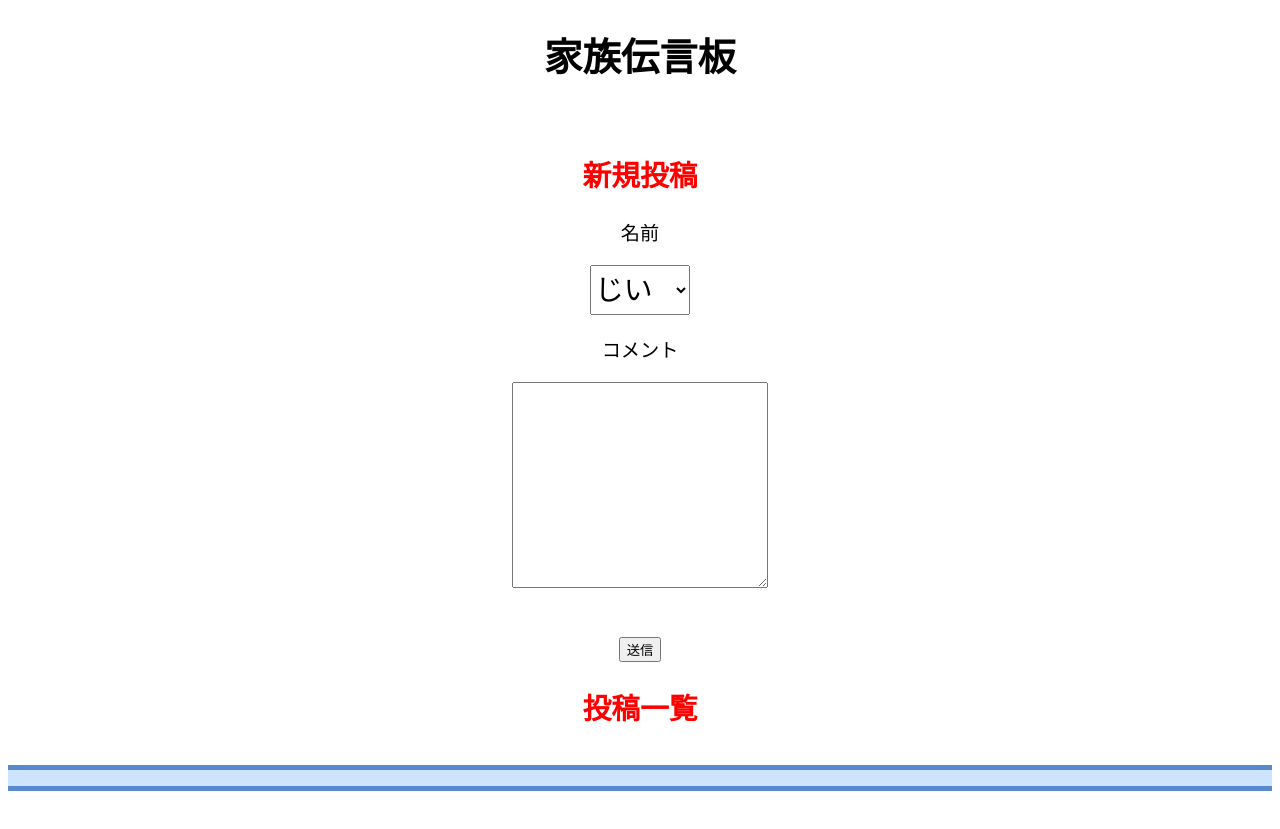
Repository: kakutoshi/test
Page: http://localhost/
The author's editor kept a copy of each file at every save. The page is drawn from the files as they stood at one save, then again after the next save.
The browser window is 1280 px wide. The pictures show the whole page.
The page is run by PHP 8.4 with error messages shown; the project is at /var/www/html/. Queries for data that is not in the repository find no rows.

Above is the page before, as saved 2022-04-19 01:17:29.

### it06/htdocs/BBS/index.php
<!DOCTYPE html>
<html lang="ja">
<head>
<meta charset="utf-8">
<meta name="viewport" content="width=device-width,initial-scale=1.0">

<title>掲示板</title>

	<link rel="stylesheet" href="css/common.css">



</head>
<body>

<h1>家族伝言板</h1>
<br>




<h2>新規投稿</h2>

	<form action="index.php" method="post">
		<p>名前</p>
		<select name="a">
		<option class=opsize value="じい">じい</option>
		<option class=opsize value="ばあ">ばあ</option>
		<option class=opsize value="パパ">パパ</option>
		<option class=opsize value="ママ">ママ</option>
		<option class=opsize value="ベイビー">ベイビー</option>
</select>

		<p>コメント</p>
		<textarea class=txsize name="b"></textarea>
				<br>
		<br>
		<br>
		<input type="submit" value="送信">



	</form>



<h2>投稿一覧</h2>
<div class = "box">
<?php


if (! empty($_POST["a"]) && ! empty($_POST["b"])) {
    $a = htmlspecialchars($_POST["a"], ENT_QUOTES);
    $b = htmlspecialchars($_POST["b"], ENT_QUOTES);

    $db = new PDO("mysql:host=127.0.0.1;dbname=BBS;charset=utf8", "root", "");



    $db->query("INSERT INTO tb1(no,name,message,time)
VALUES(NULL,'$a','$b',NOW())");

    print "<h1>コメント送信完了しました</h1>";

}


$db = new PDO("mysql:host=127.0.0.1;dbname=BBS;charset=utf8", "root", "");



$n = $db->query("SELECT * FROM tb1 ORDER BY no DESC");
while ($i = $n -> fetch()) {
    print "{$i['no']}:{$i['name']}<br>{$i['time']}<br>" . nl2br($i['message']) . "<hr>";
}

?>

</div>

</body>


</html>

### it06/htdocs/BBS/css/common.css
@charset "UTF-8";

body{
	text-align:center;
	background-color:white;
	font-family:inherit;
	font-size:1.2em;

}

h2{
	color: red;
}

textarea{
	width:250px;
	height:200px;
	resize:both;
}

.txsize{
	font-size:1.5em;
	resize:both;
}

.opsize{
	font-size:1.5em;
}

select{
	width:100px;
	height:50px;
font-size:1.5em;
}



.box{
	padding:8px 19px;
	margin: 2em 0;
	color:#2c2c2f;
	background: #cde4ff;
	border-top: solid 5px #5989cf;
	border-bottom: solid 5px #5989cf;
}

After the next save:
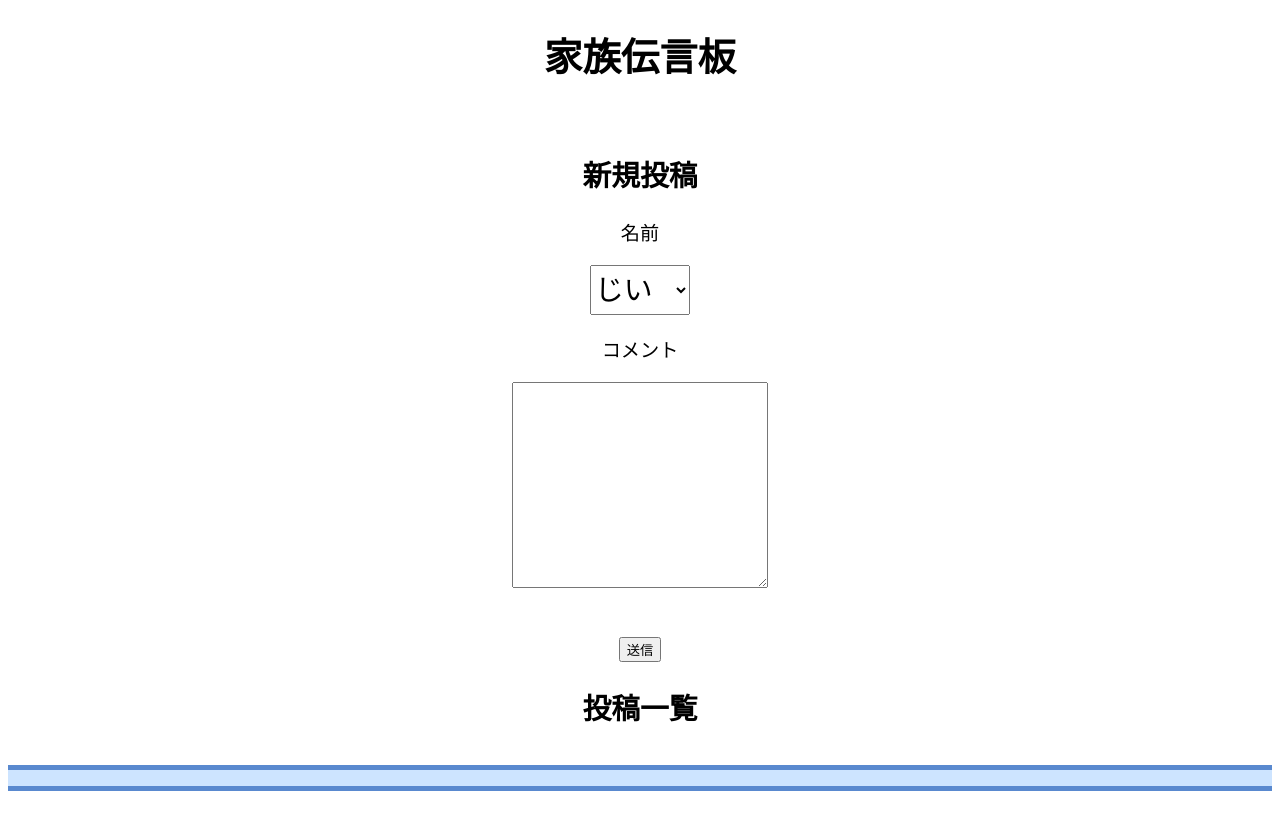
Saved 12 s later.
--- a/it06/htdocs/BBS/css/common.css
+++ b/it06/htdocs/BBS/css/common.css
@@ -8,9 +8,7 @@ body{
 
 }
 
-h2{
-	color: red;
-}
+
 
 textarea{
 	width:250px;
